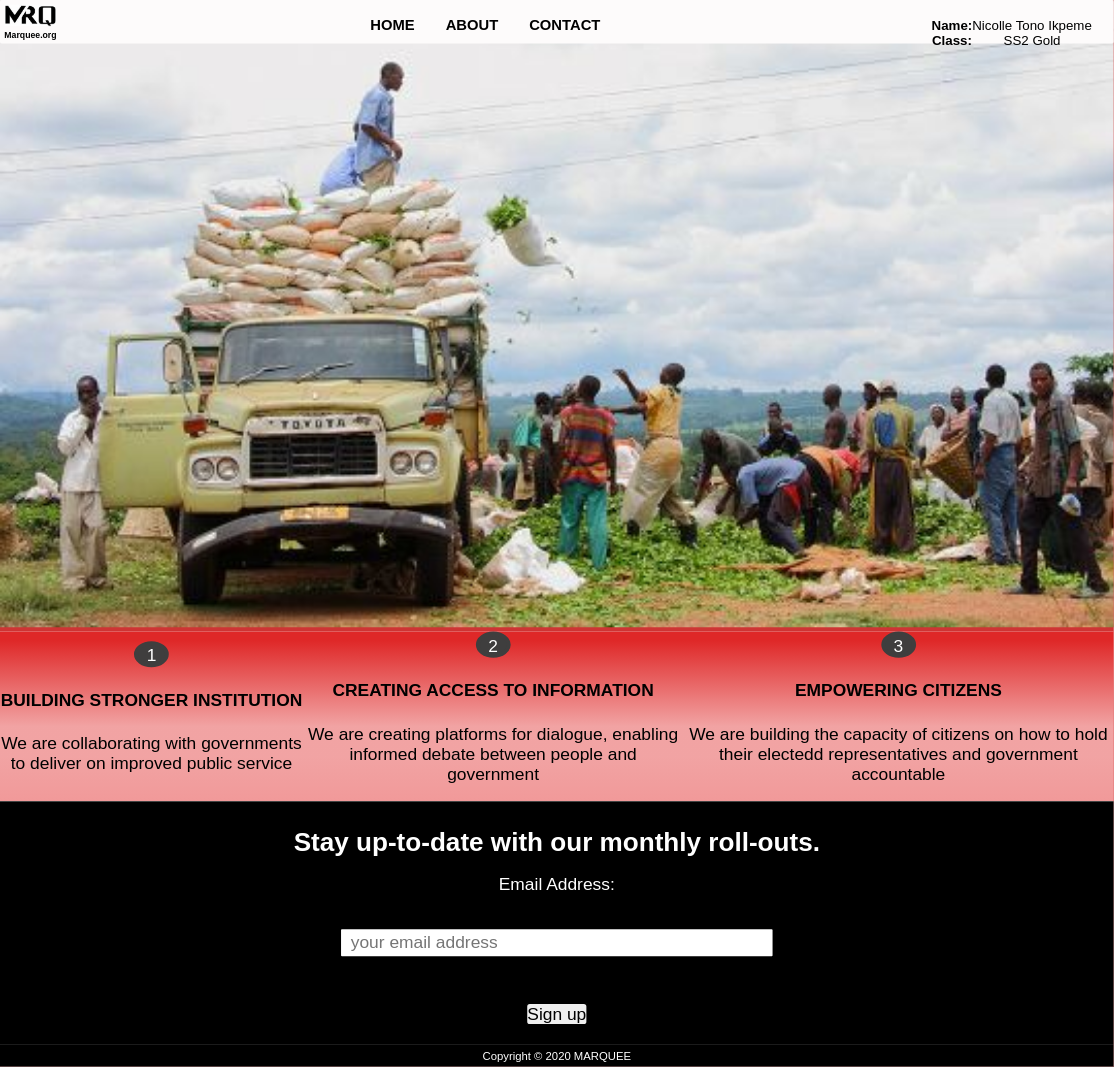
Repository: pboi18/Marquee.org
Page: home.html
These files come from the project's save history. The page is drawn as it stood at one moment and after the next save; the edit follows.
The browser window is 1280 px wide. The pictures show the whole page, at 87% of full size.

Above is the page before, as saved 2020-07-11 23:17:11.

### home.html
<!DOCTYPE html>
<html>
    <head>
        <meta charset="utf-8">
        <link rel="icon" type="image/png" sizes="16x16" href="img/logo.png">
        <title>Marquee</title>

        <link rel="stylesheet" href="style.css" >
        <link rel="stylesheet" href="normalize.css">
        <link rel="stylesheet" href="Grid.css">


    </head>

    <body>
        <div class="main">
            <header>
                <nav>
                    <div class="navbar">
                        <div class="logo">
                            <img src="img/logo2.jpg" alt="MARQUEE" style="width: 60px; height: 25px;">
                            <p style="font-weight:bold; font-size: x-small; margin: 0px;">Marquee.org</p>
                        </div>



                        <ul class="main-nav">
                            <li>
                                <a href="home.html">
                                    Home
                                </a>
                            </li>

                            <li>
                                <a href="about.html">
                                    ABOUT
                                </a>
                            </li>

                            <li>
                                <a href="contact.html">
                                    CONTACT
                                </a>
                            </li>

                            <li style="float: right;">
                                <table class="id">
                                    <tr>
                                        <th>Name:</th>
                                        <td> Nicolle Tono Ikpeme</td>
                                    </tr>

                                    <tr>
                                        <th>Class:</th>
                                        <td> SS2 Gold</td>
                                    </tr>

                                </table>
                            </li>

                        </ul>

                        </div>
                </nav>

                <div style="background-color: rgb(206, 52, 52)">
                    <img src="img/home.jpg" alt="Farmers" style="width: 100%; margin: 0px; height: 100%;">
                </div>

                <table class="wup">
                    <tr>
                        <td style="width: auto;" class="span-1-of-3">
                            <div class="cover">
                                <p class="numb">1</p>
                                <h4 style="text-align: center;  ;">BUILDING STRONGER INSTITUTION</h4>
                                <p style="text-align: center; font-size: 20px; ">We are collaborating with governments to deliver on improved public service</p>
                            </div>
                        </td>

                        <td style="width: auto;" class="span-1-of-3">
                            <div class="cover">
                                <p class="numb">2</p>
                                <h4 style="text-align: center;">CREATING ACCESS TO INFORMATION</h4>
                                <p style="text-align: center; font-size: 20px;">We are creating platforms for dialogue, enabling informed debate between people and government</p>
                            </div>
                        </td>

                        <td style="width: auto;" class="span-1-of-3">
                            <div class="cover">
                                <p class="numb">3</p>
                                <h4 style="text-align: center;">EMPOWERING CITIZENS</h4>
                                <p style="text-align: center; font-size: 20px;">We are building the capacity of citizens on how to hold their electedd representatives and government accountable</p>
                            </div>
                        </td>
                    </tr>
                </table>
            </header>

            <section>
                <div class="sec">
                    <h2 style="color: white; padding-top: 30px; padding-bottom: 10px; margin: 0;">Stay up-to-date with our monthly roll-outs.</h2>

                    <form style="text-align: center;">
                    <label style="color: white;">Email Address:</label><br>
                    <input type="email" name="email" placeholder="  your email address" style=" width: 500px; border-radius: 3px; margin: 5px auto;" required><br><br>
                    <button type="submit" value="SIGN UP" name="sign up">Sign up</button>
                    </form>
                </div>
            </section>
        </div>

        <footer>
            <P style="color: white; text-align: center; margin: auto; font-size: small; padding: 5px;">
                Copyright &copy; 2020 MARQUEE
            </P>
        </footer>
    </body>
</html>

### style.css
* {
    margin: o;
    padding: 0;
    box-sizing: border-box;
}

html {
    background-color: #fff;
    max-width: 100%;
    font-size: 20px;
    font-weight: 300;
    font-family: Arial, Helvetica, sans-serif;
    text-rendering: optimizeLegibility;
}



h1 {
    margin: 0;
}

label {
    display: block;
    padding: 10px;
}

input {
    display: block;
    width: 100%;
    height: 35px;
    border-radius: 5px;
    border: 2px #000 solid;
}

button {
    border-radius: 5px;
    border: 2px #000 solid;
}

textarea {
    display: block;
    height: 100px;
    width: 100%;
    border: 2px #000 solid;
    border-radius: 5px;
}
/* header {
    background-image: linear-gradient( rgba(0, 0, 0, 0.4), rgba(0, 0, 0, 0.4)), url(img/home.jpg);
    height: 100vh;
    background-size: cover;
    background-position: center;
} */


.logo {
    height: 40px;
    width: 60px;
    float: left;
    margin: 5px;
}

.main-nav {
    list-style: none;
    margin: auto;
    margin-top: 10px;
    text-align: center;


}

.main-nav li {
    display: inline-block;
    margin: 10px 15px;
    font-size: 85%;

}

.main-nav li a:link,
.main-nav li a:visited {
    color: #000;
    text-decoration: none;
    text-transform: uppercase;
    font-weight: bold;
    padding: 3px 0px;
    border-bottom: 3px solid transparent;
    transition: border-bottom 0.2s;
}

.main-nav li a:hover,
.main-nav li a:active {
    border-bottom: 3px solid rgb(158, 0, 0);
}
.id {
    display: inline;
    padding: 10px;
    font-size: 90%;
}

.navbar {
    height: 50px;
    width: 100%;
    display: inline-block;
    border-radius: 2px;
    box-shadow: 0px 3px -1px 2px rgb(190, 189, 189);
    position: fixed;
    background-color: rgb(253, 251, 251);
}

.navbar2 {
    height: 60px;
    width: 100%;
    display: inline-block;
    border-radius: 2px;
    box-shadow: 1px 1px 3px 2px rgb(20, 20, 20);
    /* position: fixed; */
    background-color: rgb(253, 251, 251);
}

.numb {
    border: solid 5px rgb(63, 62, 62);
    text-align: center;
    width: 40px;
    height: 30px;
    align-self: center;
    border-radius: 50%;
    margin: auto;
    background-color: rgb(63, 62, 62);
    color: white;
}
.wup {
    padding-top: 10px;

    background: linear-gradient(180deg, #DF2828 5.21%, rgba(223, 40, 40, 0.427083) 55.73%, rgba(223, 40, 40, 0.427083) 64.06%, rgba(223, 40, 40, 0.427083) 73.44%, rgba(222, 17, 17, 0.427083) 100%, rgba(170, 77, 77, 0) 100%);
}

.cover {
    border-radius: 5px;
    margin: auto;
}

.sec {
    background-color: black;
    height: 280px;
    width: 100%;
    text-align: center;
}



main {
    margin: auto;
    margin-bottom: 30px;
}

.con {
    width: 90%;
    margin: auto;
    margin-bottom: 50px;
}
.contact {
    text-align: center;
    margin: auto;
    margin-bottom: 50px;
}
.image {
    width: 550px;
    height: 500px;
    float: left;
}

.form2 {
    float: right;
    text-align: left;
    font-size: 85%;
    font-weight: bold;
}

footer {
    background-color: #000;
}

### Grid.css

/*  SECTIONS  ============================================================================= */

.section {
	clear: both;
	padding: 0px;
	margin: 0px;
}

/*  GROUPING  ============================================================================= */

.row {
    zoom: 1; /* For IE 6/7 (trigger hasLayout) */
}

.row:before,
.row:after {
    content:"";
    display:table;
}
.row:after {
    clear:both;
}

/*  GRID COLUMN SETUP   ==================================================================== */

.col {
	display: block;
	float:left;
	margin: 1% 0 1% 1.6%;
}

.col:first-child { margin-left: 0; } /* all browsers except IE6 and lower */


/*  REMOVE MARGINS AS ALL GO FULL WIDTH AT 480 PIXELS */

@media only screen and (max-width: 480px) {
	.col {
		/*margin: 1% 0 1% 0%;*/
        margin: 0;
	}
}


/*  GRID OF TWO   ============================================================================= */


.span-2-of-2 {
	width: 100%;
}

.span-1-of-2 {
	width: 49.2%;
}

/*  GO FULL WIDTH AT LESS THAN 480 PIXELS */

@media only screen and (max-width: 480px) {
	.span-2-of-2 {
		width: 100%;
	}
	.span-1-of-2 {
		width: 100%;
	}
}


/*  GRID OF THREE   ============================================================================= */


.span-3-of-3 {
	width: 100%;
}

.span-2-of-3 {
	width: 66.13%;
}

.span-1-of-3 {
	width: 32.26%;
}


/*  GO FULL WIDTH AT LESS THAN 480 PIXELS */

@media only screen and (max-width: 480px) {
	.span-3-of-3 {
		width: 100%;
	}
	.span-2-of-3 {
		width: 100%;
	}
	.span-1-of-3 {
		width: 100%;
	}
}

/*  GRID OF FOUR   ============================================================================= */


.span-4-of-4 {
	width: 100%;
}

.span-3-of-4 {
	width: 74.6%;
}

.span-2-of-4 {
	width: 49.2%;
}

.span-1-of-4 {
	width: 23.8%;
}


/*  GO FULL WIDTH AT LESS THAN 480 PIXELS */

@media only screen and (max-width: 480px) {
	.span-4-of-4 {
		width: 100%;
	}
	.span-3-of-4 {
		width: 100%;
	}
	.span-2-of-4 {
		width: 100%;
	}
	.span-1-of-4 {
		width: 100%;
	}
}


/*  GRID OF FIVE   ============================================================================= */


.span-5-of-5 {
	width: 100%;
}

.span-4-of-5 {
  	width: 79.68%;
}

.span-3-of-5 {
  	width: 59.36%;
}

.span-2-of-5 {
  	width: 39.04%;
}

.span-1-of-5 {
  	width: 18.72%;
}


/*  GO FULL WIDTH AT LESS THAN 480 PIXELS */

@media only screen and (max-width: 480px) {
	.span-5-of-5 {
		width: 100%;
	}
	.span-4-of-5 {
		width: 100%;
	}
	.span-3-of-5 {
		width: 100%;
	}
	.span-2-of-5 {
		width: 100%;
	}
	.span-1-of-5 {
		width: 100%;
	}
}


/*  GRID OF SIX   ============================================================================= */


.span-6-of-6 {
	width: 100%;
}

.span-5-of-6 {
  	width: 83.06%;
}

.span-4-of-6 {
  	width: 66.13%;
}

.span-3-of-6 {
  	width: 49.2%;
}

.span-2-of-6 {
  	width: 32.26%;
}

.span-1-of-6 {
  	width: 15.33%;
}


/*  GO FULL WIDTH AT LESS THAN 480 PIXELS */

@media only screen and (max-width: 480px) {
	.span-6-of-6 {
		width: 100%;
	}
	.span-5-of-6 {
		width: 100%;
	}
	.span-4-of-6 {
		width: 100%;
	}
	.span-3-of-6 {
		width: 100%;
	}
	.span-2-of-6 {
		width: 100%;
	}
	.span-1-of-6 {
		width: 100%;
	}
}



/*  GRID OF SEVEN   ============================================================================= */


.span-7-of-7 {
	width: 100%;
}

.span-6-of-7 {
	width: 85.48%;
}

.span-5-of-7 {
  	width: 70.97%;
}

.span-4-of-7 {
  	width: 56.45%;
}

.span-3-of-7 {
  	width: 41.94%;
}

.span-2-of-7 {
  	width: 27.42%;
}

.span-1-of-7 {
  	width: 12.91%;
}


/*  GO FULL WIDTH AT LESS THAN 480 PIXELS */

@media only screen and (max-width: 480px) {
	.span-7-of-7 {
		width: 100%;
	}
	.span-6-of-7 {
		width: 100%;
	}
	.span-5-of-7 {
		width: 100%;
	}
	.span-4-of-7 {
		width: 100%;
	}
	.span-3-of-7 {
		width: 100%;
	}
	.span-2-of-7 {
		width: 100%;
	}
	.span-1-of-7 {
		width: 100%;
	}
}


/*  GRID OF EIGHT   ============================================================================= */


.span-8-of-8 {
	width: 100%;
}

.span-7-of-8 {
	width: 87.3%;
}

.span-6-of-8 {
	width: 74.6%;
}

.span-5-of-8 {
	width: 61.9%;
}

.span-4-of-8 {
	width: 49.2%;
}

.span-3-of-8 {
	width: 36.5%;
}

.span-2-of-8 {
	width: 23.8%;
}

.span-1-of-8 {
	width: 11.1%;
}


/*  GO FULL WIDTH AT LESS THAN 480 PIXELS */

@media only screen and (max-width: 480px) {
	.span-8-of-8 {
		width: 100%;
	}
	.span-7-of-8 {
		width: 100%;
	}
	.span-6-of-8 {
		width: 100%;
	}
	.span-5-of-8 {
		width: 100%;
	}
	.span-4-of-8 {
		width: 100%;
	}
	.span-3-of-8 {
		width: 100%;
	}
	.span-2-of-8 {
		width: 100%;
	}
	.span-1-of-8 {
		width: 100%;
	}
}


/*  GRID OF NINE   ============================================================================= */


.span-9-of-9 {
	width: 100%;
}

.span-8-of-9 {
	width: 88.71%;
}

.span-7-of-9 {
	width: 77.42%;
}

.span-6-of-9 {
	width: 66.13%;
}

.span-5-of-9 {
	width: 54.84%;
}

.span-4-of-9 {
	width: 43.55%;
}

.span-3-of-9 {
	width: 32.26%;
}

.span-2-of-9 {
	width: 20.97%;
}

.span-1-of-9 {
	width: 9.68%;
}


/*  GO FULL WIDTH AT LESS THAN 480 PIXELS */

@media only screen and (max-width: 480px) {
	.span-9-of-9 {
		width: 100%;
	}
	.span-8-of-9 {
		width: 100%;
	}
	.span-7-of-9 {
		width: 100%;
	}
	.span-6-of-9 {
		width: 100%;
	}
	.span-5-of-9 {
		width: 100%;
	}
	.span-4-of-9 {
		width: 100%;
	}
	.span-3-of-9 {
		width: 100%;
	}
	.span-2-of-9 {
		width: 100%;
	}
	.span-1-of-9 {
		width: 100%;
	}
}


/*  GRID OF TEN   ============================================================================= */


.span-10-of-10 {
	width: 100%;
}

.span-9-of-10 {
	width: 89.84%;
}

.span-8-of-10 {
	width: 79.68%;
}

.span-7-of-10 {
	width: 69.52%;
}

.span-6-of-10 {
	width: 59.36%;
}

.span-5-of-10 {
	width: 49.2%;
}

.span-4-of-10 {
	width: 39.04%;
}

.span-3-of-10 {
	width: 28.88%;
}

.span-2-of-10 {
	width: 18.72%;
}

.span-1-of-10 {
	width: 8.56%;
}


/*  GO FULL WIDTH AT LESS THAN 480 PIXELS */

@media only screen and (max-width: 480px) {
	.span-10-of-10 {
		width: 100%;
	}
	.span-9-of-10 {
		width: 100%;
	}
	.span-8-of-10 {
		width: 100%;
	}
	.span-7-of-10 {
		width: 100%;
	}
	.span-6-of-10 {
		width: 100%;
	}
	.span-5-of-10 {
		width: 100%;
	}
	.span-4-of-10 {
		width: 100%;
	}
	.span-3-of-10 {
		width: 100%;
	}
	.span-2-of-10 {
		width: 100%;
	}
	.span-1-of-10 {
		width: 100%;
	}
}


/*  GRID OF ELEVEN   ============================================================================= */

.span-11-of-11 {
	width: 100%;
}

.span-10-of-11 {
	width: 90.76%;
}

.span-9-of-11 {
	width: 81.52%;
}

.span-8-of-11 {
	width: 72.29%;
}

.span-7-of-11 {
	width: 63.05%;
}

.span-6-of-11 {
	width: 53.81%;
}

.span-5-of-11 {
	width: 44.58%;
}

.span-4-of-11 {
	width: 35.34%;
}

.span-3-of-11 {
	width: 26.1%;
}

.span-2-of-11 {
	width: 16.87%;
}

.span-1-of-11 {
	width: 7.63%;
}


/*  GO FULL WIDTH AT LESS THAN 480 PIXELS */

@media only screen and (max-width: 480px) {
	.span-11-of-11 {
		width: 100%;
	}
	.span-10-of-11 {
		width: 100%;
	}
	.span-9-of-11 {
		width: 100%;
	}
	.span-8-of-11 {
		width: 100%;
	}
	.span-7-of-11 {
		width: 100%;
	}
	.span-6-of-11 {
		width: 100%;
	}
	.span-5-of-11 {
		width: 100%;
	}
	.span-4-of-11 {
		width: 100%;
	}
	.span-3-of-11 {
		width: 100%;
	}
	.span-2-of-11 {
		width: 100%;
	}
	.span-1-of-11 {
		width: 100%;
	}
}


/*  GRID OF TWELVE   ============================================================================= */

.span-12-of-12 {
	width: 100%;
}

.span-11-of-12 {
	width: 91.53%;
}

.span-10-of-12 {
	width: 83.06%;
}

.span-9-of-12 {
	width: 74.6%;
}

.span-8-of-12 {
	width: 66.13%;
}

.span-7-of-12 {
	width: 57.66%;
}

.span-6-of-12 {
	width: 49.2%;
}

.span-5-of-12 {
	width: 40.73%;
}

.span-4-of-12 {
	width: 32.26%;
}

.span-3-of-12 {
	width: 23.8%;
}

.span-2-of-12 {
	width: 15.33%;
}

.span-1-of-12 {
	width: 6.86%;
}


/*  GO FULL WIDTH AT LESS THAN 480 PIXELS */

@media only screen and (max-width: 480px) {
	.span-12-of-12 {
		width: 100%;
	}
	.span-11-of-12 {
		width: 100%;
	}
	.span-10-of-12 {
		width: 100%;
	}
	.span-9-of-12 {
		width: 100%;
	}
	.span-8-of-12 {
		width: 100%;
	}
	.span-7-of-12 {
		width: 100%;
	}
	.span-6-of-12 {
		width: 100%;
	}
	.span-5-of-12 {
		width: 100%;
	}
	.span-4-of-12 {
		width: 100%;
	}
	.span-3-of-12 {
		width: 100%;
	}
	.span-2-of-12 {
		width: 100%;
	}
	.span-1-of-12 {
		width: 100%;
	}
}

Loaded but not shown: normalize.css (library)

After the next save:
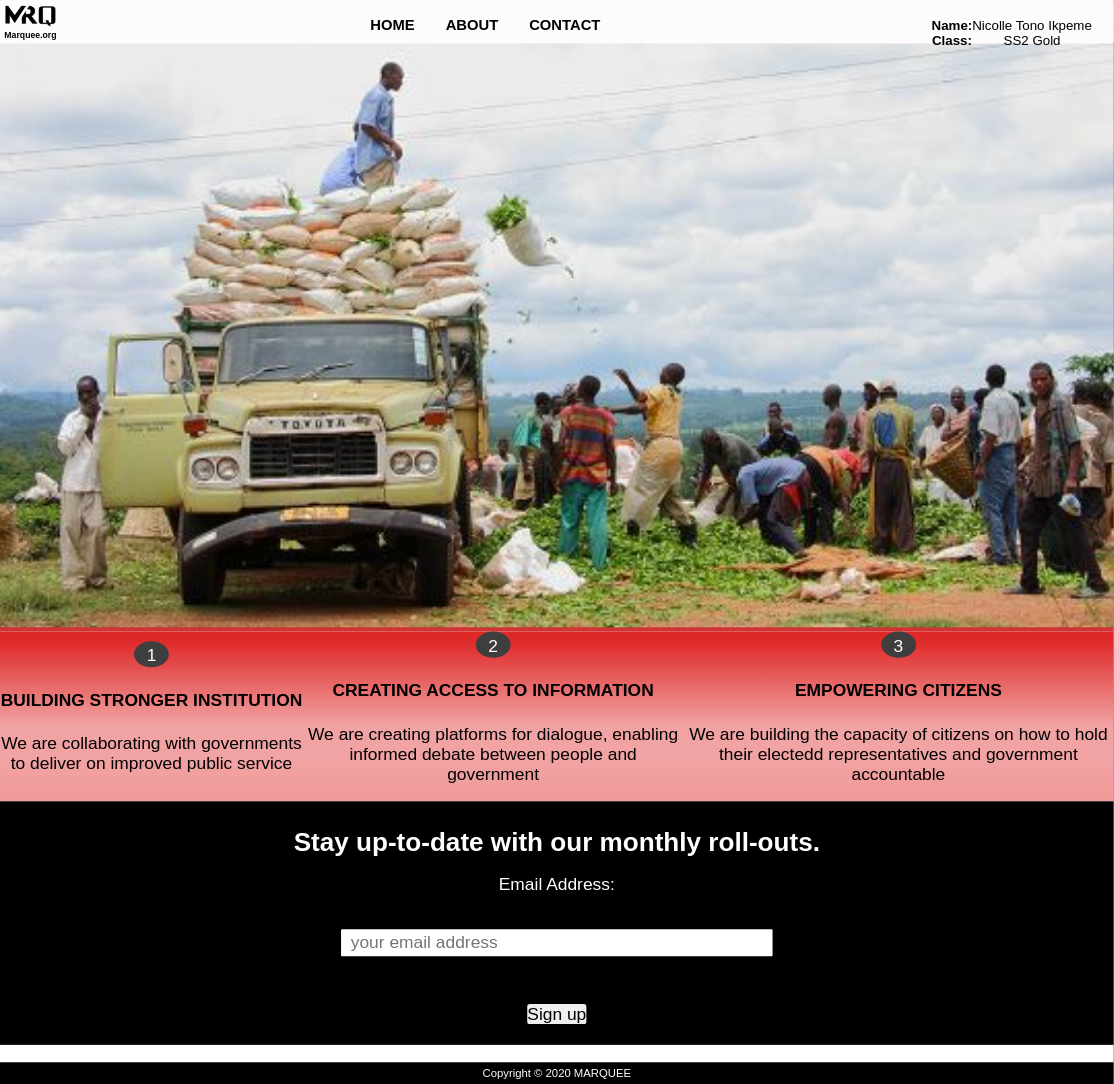
Saved 95 s later.
--- a/style.css
+++ b/style.css
@@ -143,6 +143,7 @@
     height: 280px;
     width: 100%;
     text-align: center;
+    margin-bottom: 20px;
 }
 
 

After the save that followed:
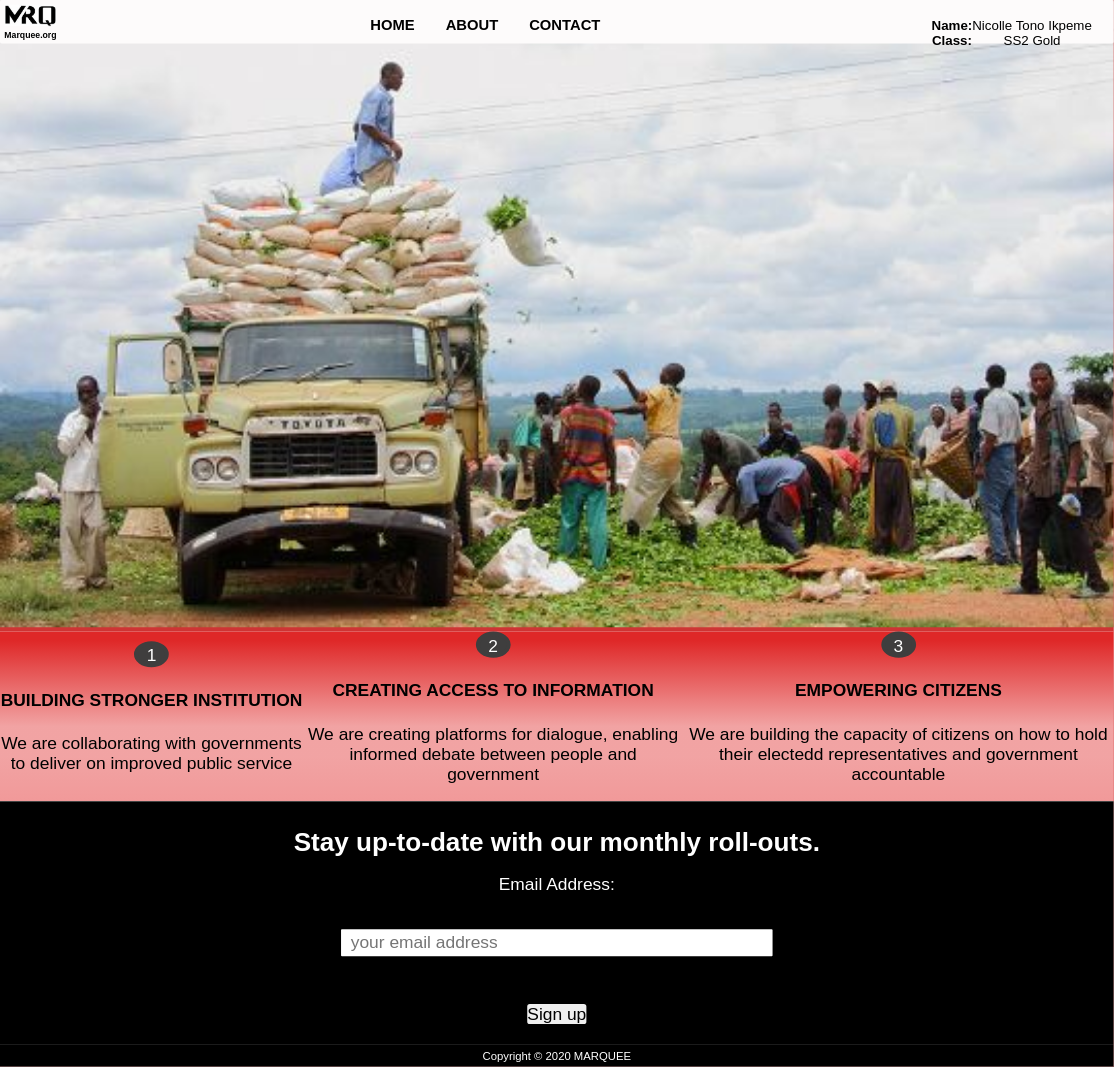
Saved 9 s later.
--- a/style.css
+++ b/style.css
@@ -143,7 +143,7 @@
     height: 280px;
     width: 100%;
     text-align: center;
-    margin-bottom: 20px;
+    margin-bottom: 20px #000;
 }
 
 
